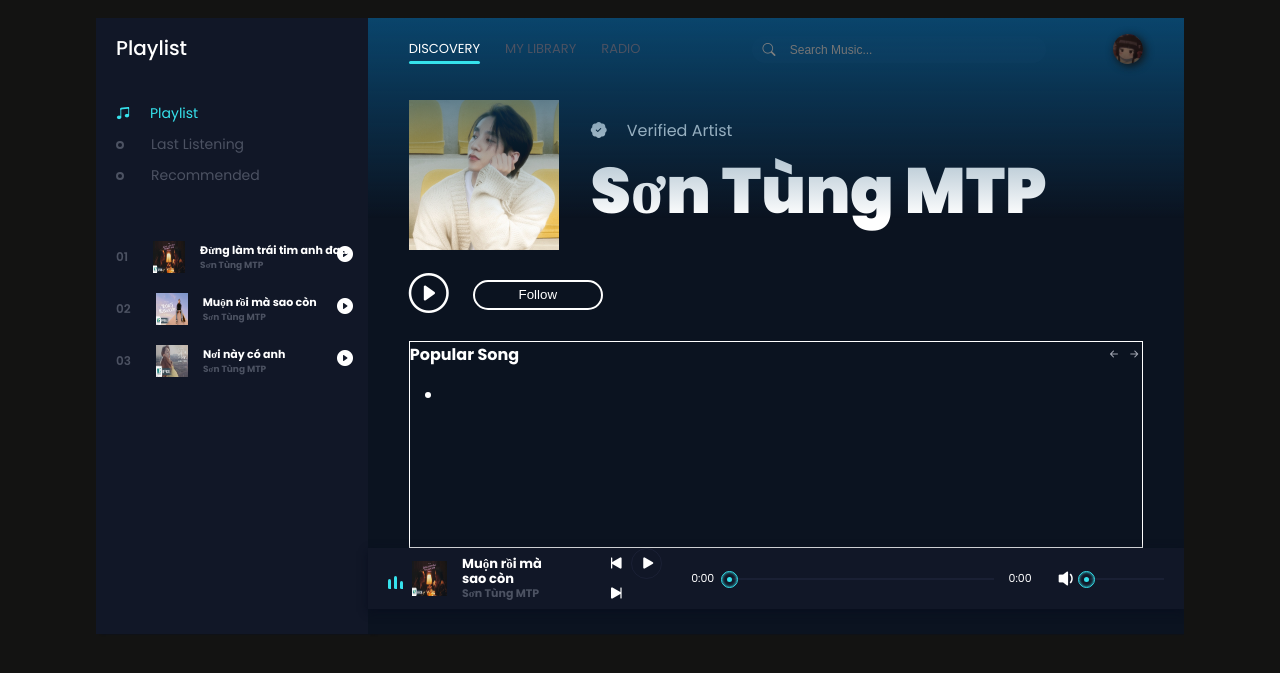
Repository: reminzuetto/Music-Website
Page: index.html
These files come from the project's save history. The page is drawn as it stood at one moment and after the next save; the edit follows.
The browser window is 1280 px wide. The pictures show the whole page.

Above is the page before, as saved 2024-06-11 04:09:24.

After the next save:
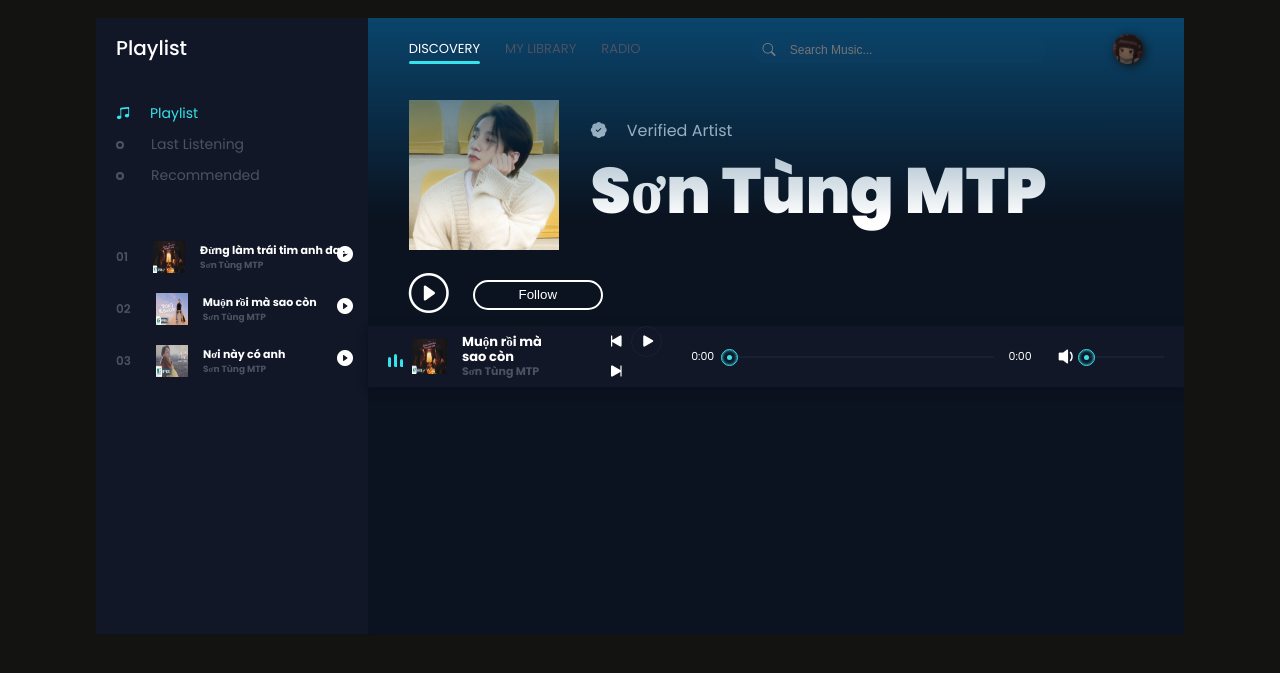
Saved 68 s later.
--- a/index.html
+++ b/index.html
@@ -94,7 +94,7 @@
             <button class="follow">Follow</button>
           </div>
         </div>
-        <div class="popular_song">
+        <!-- <div class="popular_song">
           <div class="h4">
             <h4>Popular Song</h4>
             <div class="btn_s">
@@ -107,7 +107,7 @@
                     <div class="img_play"></div>
                 </li>
         </div>
-      </div>
+      </div> -->
 
       <div class="master_play">
         <div class="wave">

After the save that followed:
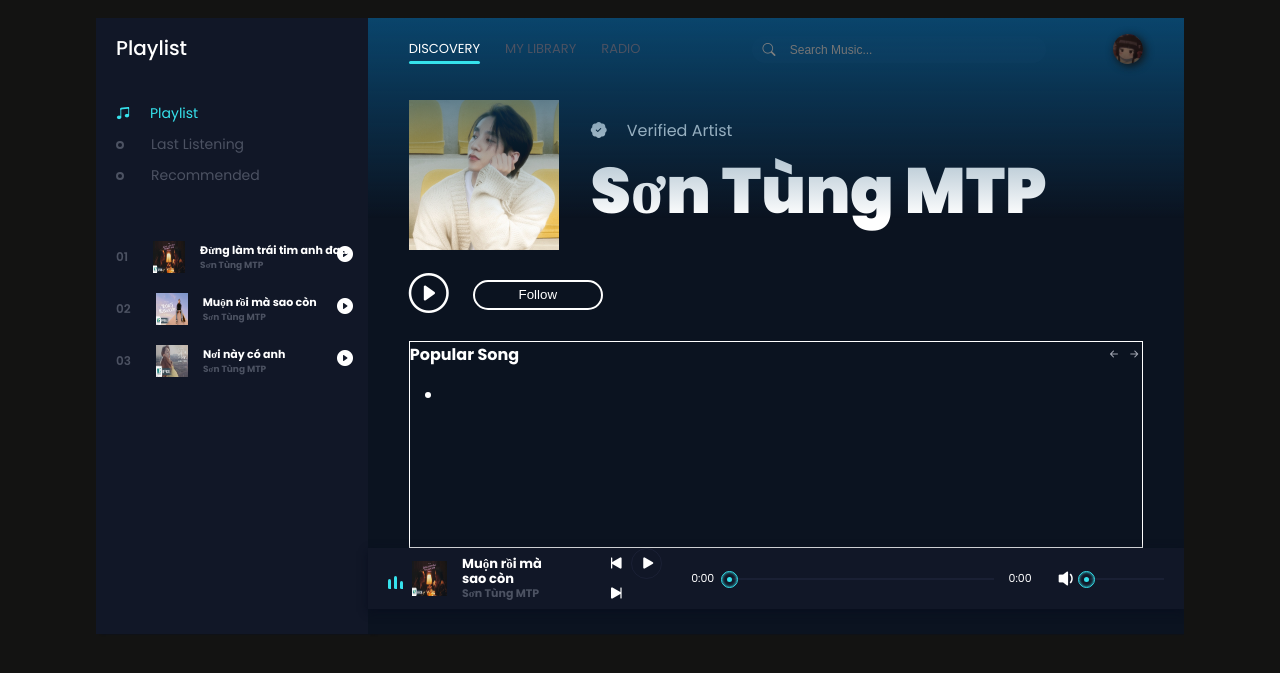
Saved 4 s later.
--- a/index.html
+++ b/index.html
@@ -94,7 +94,7 @@
             <button class="follow">Follow</button>
           </div>
         </div>
-        <!-- <div class="popular_song">
+        <div class="popular_song">
           <div class="h4">
             <h4>Popular Song</h4>
             <div class="btn_s">
@@ -107,7 +107,7 @@
                     <div class="img_play"></div>
                 </li>
         </div>
-      </div> -->
+      </div>
 
       <div class="master_play">
         <div class="wave">
